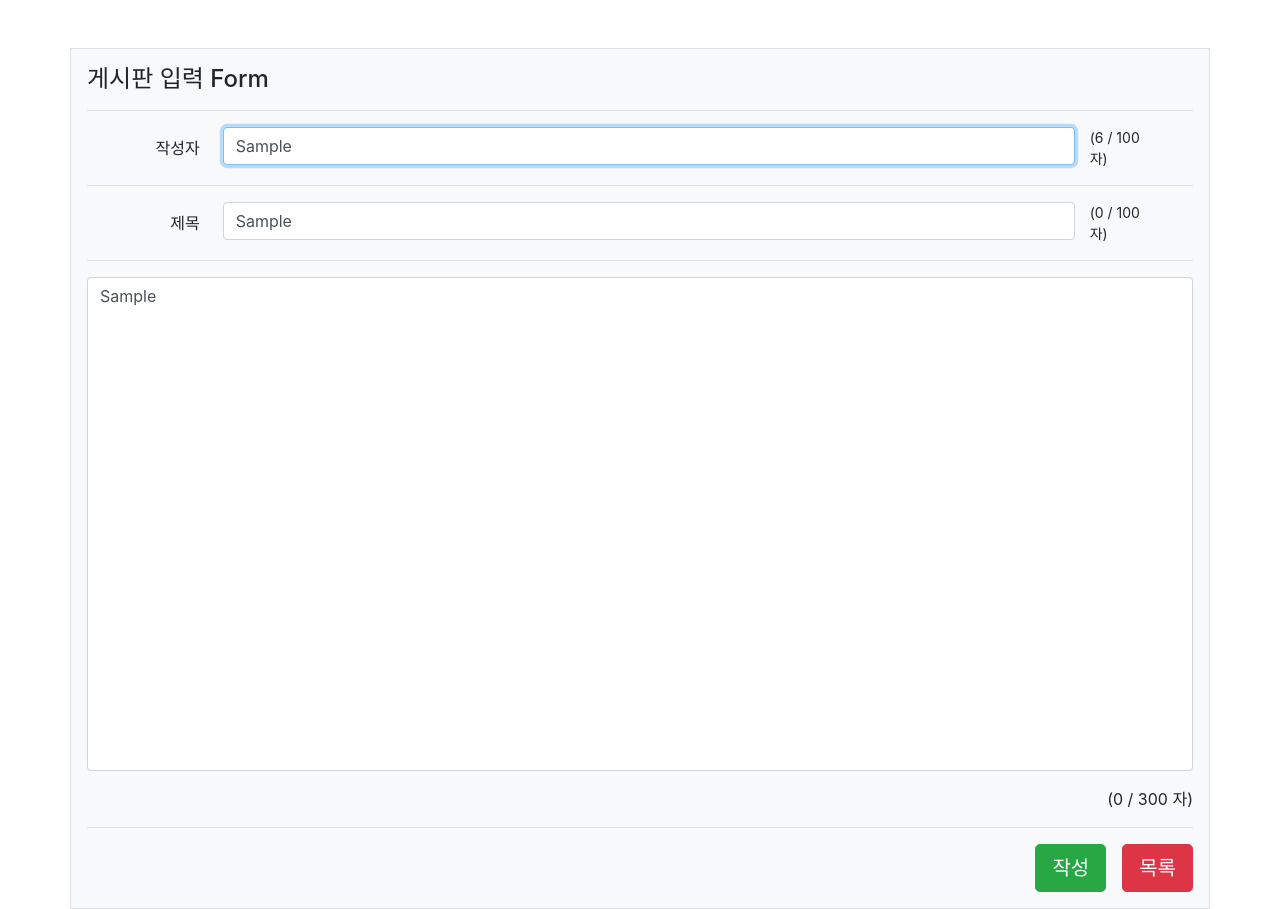
Repository: rasz60/ezen
Page: http://localhost/jspMVC/
An editor plug-in stored every save of this project. The page is shown before and after the next save, followed by the edit.
The browser window is 1280 px wide. The pictures show the whole page.
Empty fields were first filled with sample values (such as "Sample", 5 or name@example.com).
After loading, the first visible `#bName` was changed once.
Some web libraries are served in a nearby version. The page is served by Tomcat 9.

Above is the page before, as saved 2022-02-15 04:08:29.

After the next save:
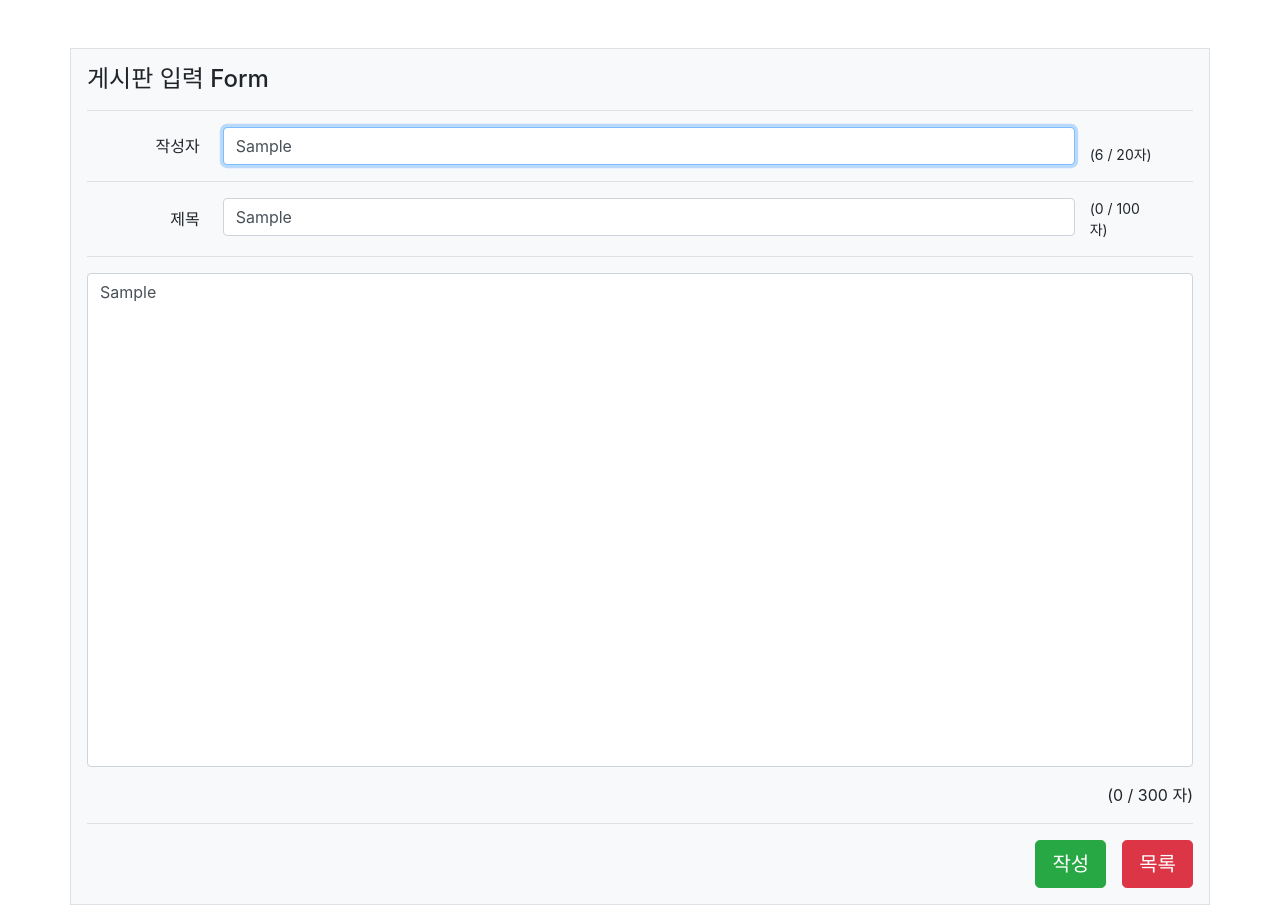
Saved 9 s later.
--- a/04_jsp_servlet-workspace/jspMVC/src/main/webapp/writeForm.jsp
+++ b/04_jsp_servlet-workspace/jspMVC/src/main/webapp/writeForm.jsp
@@ -66,7 +66,7 @@ textarea {
 	<script>
 		$("#bName").keyup(function(e) {
 			var content1 = $(this).val();
-			$('#bNameCount').text("(" + content1.length + " / 100자)");
+			$('#bNameCount').text("(" + content1.length + " / 20자)");
 		});
 
 		$("#bTitle").keyup(function(e) {
